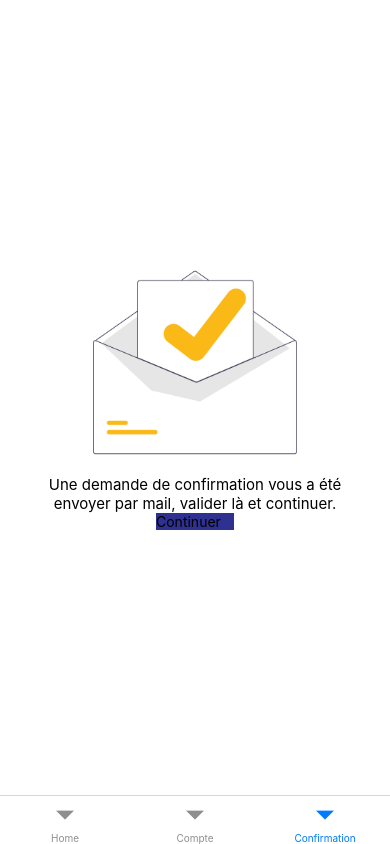
Repository: Norlan-20/Last-Afrilink
Screen: /Confirmation
An editor plug-in stored every save of this project. The screen is shown before and after the next save, followed by the edit.
The app was drawn by React Native's web renderer in a window 390 px wide. The project was rebuilt for these pictures with package versions that can differ from the ones it lists, and the page was loaded fresh each time. Also part of the build but not shown: screen/User.js.

Above is the screen before, as saved 2021-09-24 22:17:35.

### App.js
/* eslint-disable prettier/prettier */
import React from 'react'
import {View} from 'react-native'
import { NavigationContainer } from '@react-navigation/native'
import { createNativeStackNavigator } from '@react-navigation/native-stack'
import { createBottomTabNavigator } from '@react-navigation/bottom-tabs'
import HomeScreen from './screen/Home'
import UserScreen from './screen/User'
import ConfirmationScreen from './screen/Confirmation'

const Tab = createBottomTabNavigator();
const Stack = createNativeStackNavigator();


const App = () => {
  return (
    <NavigationContainer>
      <Tab.Navigator screenOptions={{headerShown: false}} >
        <Tab.Screen name="Home" component={HomeScreen}/>
        <Tab.Screen name="Compte" component={UserScreen}/>
        <Tab.Screen name="Confirmation" component={ConfirmationScreen}/>
      </Tab.Navigator>
    </NavigationContainer>
  );
};

export default App;

### screen/Home.js
/* eslint-disable prettier/prettier */
import React from 'react';
import {View, Text, StyleSheet, StatusBar, Dimensions, ScrollView} from 'react-native';
import { Header, Icon, Image, SearchBar } from 'react-native-elements';
import Categorie from '../component/categorie';
import Produit from '../component/produit';
// import EvilIcons from 'react-native-vector-icons/EvilIcons';

const {width,height} = Dimensions.get('window');
const fond = '#F7F7F7';
const primary = '#2e3190';
const search = '#DDDDDD';

const HomeScreen = props => {
    return (
        <View style={styles.container}>
            <StatusBar hidden={false}/>
            <Header
                leftComponent={<Icon name="navicon" type="evilicon" size={40} color="#FFF"/>}
                centerComponent={<Image source={require('../assets/logobleu.jpg')} style={{width: 200, height: 50}} />}
                rightComponent={<Icon name="cart" type="evilicon" size={40} color="#FFF"/>}
                backgroundColor={primary}
            />
            <SearchBar
                placeholder="Rechercher"
                round
                lightTheme
                containerStyle={{ width: width,backgroundColor: fond, borderWidth: 0}}
                inputContainerStyle={{ height: 45, backgroundColor: search, borderRadius: 150 }}
                inputStyle={{ height: 45,backgroundColor: search }}
                // searchIcon={<Icon name="user" type="ionicon" />}
                showCancel
                cancelIcon
                onClear
                style={{width: width}}
            />
            <ScrollView>
                <Categorie nom="Catégorie" />
                <Produit nom="Vedette" />
            </ScrollView>
        </View>
    );
};

const styles = StyleSheet.create({
    container:{
        flex: 1,
        backgroundColor: '#F7F7F7',
    },
});

export default HomeScreen;

### screen/Confirmation.js
/* eslint-disable prettier/prettier */
import React from 'react';
import  { View, Text, StyleSheet, Dimensions, Image } from 'react-native';
import { Continuer } from '../component/button';

const {width} = Dimensions.get('window');
const fond = '#F7F7F7';
const primary = '#2e3190';

const ConfirmationScreen = () => {
    return (
        <View style={styles.container}>
            <Image source={require('../assets/mailsent.png')} style={{ width: width - 100, height: width / 2}}/>
            <Text style={styles.message}>Une demande de confirmation vous a été envoyer par mail, valider là et continuer.</Text>
            <Continuer />
        </View>
    );
};

const styles = StyleSheet.create({
    container:{
        flex: 1,
        backgroundColor: '#FFF',
        alignItems: 'center',
        justifyContent: 'center',
    },
    message:{
        width: width - (width / 5),
        textAlign: 'center',
        fontSize: 15,
        marginTop: 15
    },
});

export default ConfirmationScreen;

### component/button.js
/* eslint-disable prettier/prettier */
import React from 'react'
import { TouchableOpacity, Text, Dimensions } from 'react-native'

const {width} = Dimensions.get('window');
const primary = '#2e3190';

export const Continuer = () => {
    return(
        <TouchableOpacity style={{ backgroundColor: primary, width: width / 5 }}>
            <Text>Continuer</Text>
        </TouchableOpacity>
    );
};

Loaded but not shown: component/categorie.js (library); component/produit.js (library)

After the next save:
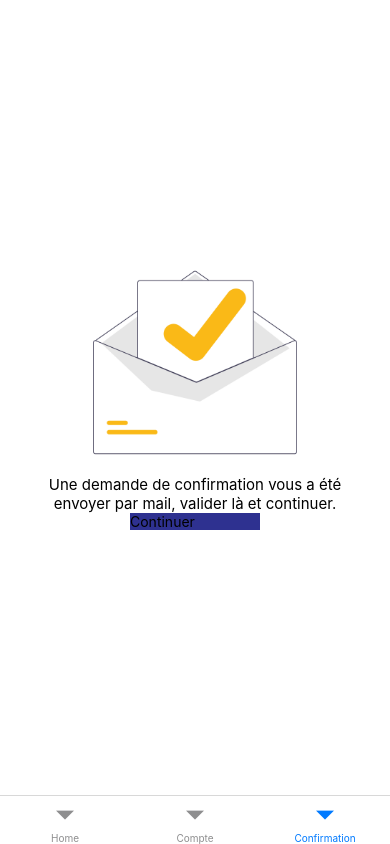
Saved 12 s later.
--- a/component/button.js
+++ b/component/button.js
@@ -7,7 +7,7 @@ const primary = '#2e3190';
 
 export const Continuer = () => {
     return(
-        <TouchableOpacity style={{ backgroundColor: primary, width: width / 5 }}>
+        <TouchableOpacity style={{ backgroundColor: primary, width: width / 3 }}>
             <Text>Continuer</Text>
         </TouchableOpacity>
     );
